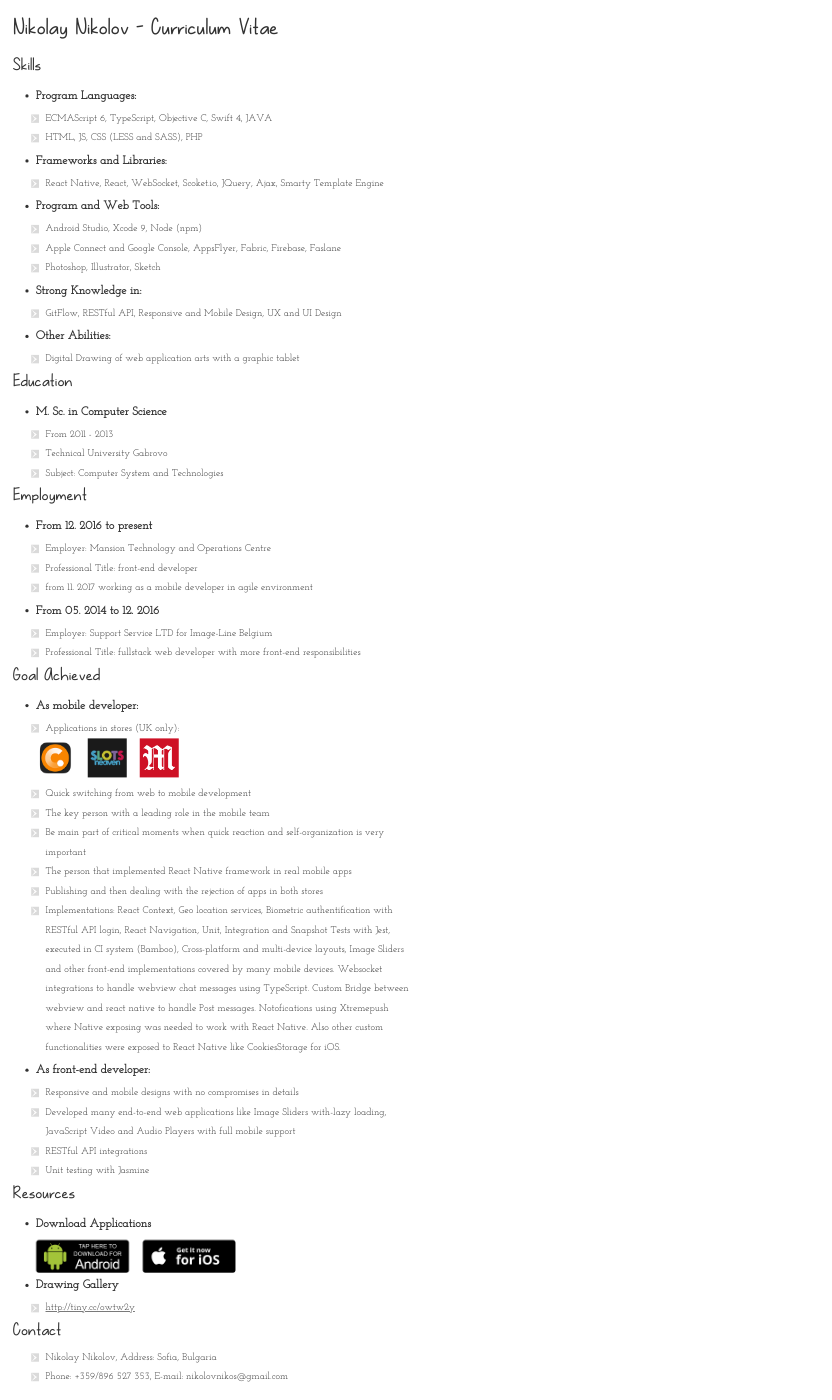
Repository: nikichanko/cv
Page: print.html
An editor plug-in stored every save of this project. The page is shown before and after the next save, followed by the edit.
The browser window is 1280 px wide. The pictures show the whole page, at 65% of full size.

Above is the page before, as saved 2019-02-03 12:03:17.

### print.html
<html>
  <head>
    <link rel="shortcut icon" type="image/png" href="img/favicon.png"/>
    <meta name="viewport" content="width=device-width, initial-scale=1">
    <link rel="stylesheet" type="text/css" href="css/styles.css">
    <link rel="stylesheet" type="text/css" href="css/print.css">
    <script src="https://ajax.googleapis.com/ajax/libs/jquery/3.3.1/jquery.min.js"></script>
    <title>Nikolay Nikolov - Curriculum Vitae - Print Version</title>
  </head>
  <body>
    <div id="content">
      <div class="cv-title">Nikolay Nikolov - Curriculum Vitae</div>
    </div>
  </body>
  <script src="js/print.js"></script>
</html>

### css/styles.css
@font-face {
  font-family: 'Just Gotta Smile';
  src: url('./fonts/JustGottaSmile.woff2') format('woff2'),
      url('./fonts/JustGottaSmile.woff') format('woff'),
      url('./fonts/JustGottaSmile.ttf') format('truetype');
  font-weight: 500;
  font-style: normal;
}

@font-face {
  font-family: 'Josefin Slab';
  src: url('./fonts/JosefinSlab.woff2') format('woff2'),
      url('./fonts/JosefinSlab.woff') format('woff'),
      url('./fonts/JosefinSlab.ttf') format('truetype');
  font-weight: normal;
  font-style: normal;
}
ul, li, ol, body {
  margin: 0;
  padding: 0;
}

html, body {
  position: relative;
  height: 100%;
}

body {
  background-color: #323232;
  width: 100%;
  font-family: 'Just Gotta Smile';
  color: #fff;
}

.wrapper {
  position: relative;
  width: 100%;
  max-width: 1000px;
  height: 800px;
  margin: 0 auto;
  background-image: url(../img/cv_bg.png);
  background-repeat: no-repeat;
  background-position: right top;
  background-size: cover;
}

.header{
  opacity: 0.5;
  font-size: 14px;
  position: absolute;
  right: 5px;
  text-align: right;
}
.menu {
  line-height: 70px;
  margin: 0 auto;
  position: absolute;
  text-align: center;
  width: 100%;
  top: 200px;
}

.item {
  font-size: 64px;
  position: relative;
  left: 50%;
  opacity: 1;
  transform: translateX(-50%) ;
  -ms-transform: translateX(-50%) ; /* IE 9 */
  -webkit-transform: translateX(-50%); /* Safari 3-8 */
  transition: opacity 0.2s ease-out;
  -webkit-touch-callout: none; /* iOS Safari */
  -webkit-user-select: none; /* Safari */
   -khtml-user-select: none; /* Konqueror HTML */
     -moz-user-select: none; /* Firefox */
      -ms-user-select: none; /* Internet Explorer/Edge */
          user-select: none; /* Non-prefixed version, currently
                                supported by Chrome and Opera */
}
.item.print {
  font-size: 30px;
  line-height: 45px;
}

.item span {
  cursor: pointer;
  position: relative;
}

.item.closed {
  opacity: 0;
  height: 0;
  visibility: hidden;
}

.content {
  font-family: 'Josefin Slab';
  padding-top: 2px;
  max-width: 600px;
  text-align: left;
  top: 50px;
  width: 56%;
  margin: 0 auto;
  line-height: 40px;
  height: 0;
  opacity: 0;
  transition: opacity 0.5s ease-in-out;
  position: relative;
  visibility: hidden;
  overflow: hidden;
}

.ul-wrapper {
  height: 450px;
  position: relative;
  overflow: hidden;
}

.content.open {
  overflow: visible;
  height: auto;
  opacity: 1;
  transition: opacity 0.5s ease-in-out;
  visibility: visible;
}
.content {
  line-height: 30px;
}
.content ul {
  padding-top: 10px;
  padding-left: 20px;
}
.content li {
  font-weight: bold;
  font-size: 20px;
  padding:5px 0;
}
.content ol {
  font-size: 18px;
  margin-left: 15px;
  position: relative;
}
.content ol:before {
  content: "";
  background-image: url(../img/arrow.png);
  background-repeat: no-repeat;
  background-size: contain;
  width: 12px;
  height: 13px;
  position: absolute;
  left: -22px;
  top: 8px;
  opacity: 0.6;
}

.item span:hover {
  color: #a4cbe6;
}

.close {
  position: absolute;
  top: -29px;
  left: -7px;
  width: 45px;
  height: 45px;
  opacity: 0.3;
}
.close:hover {
  opacity: 1;
}
.close:before, .close:after {
  position: absolute;
  left: 15px;
  content: ' ';
  height: 25px;
  width: 2px;
  background-color: #fff;
}
.close:before {
  transform: rotate(45deg);
}
.close:after {
  transform: rotate(-45deg);
}

.app-icon {
  width: 60px;
  margin-right: 15px;
}
.form-title {
  margin-top: 10px;
  font-size: 24px;
  text-align: center;
}

.swiper-all {
  width: 95%;
  height: 350px;
  position: relative;
  margin: 0 auto;
}
.swiper-container {
  width: 100%;
  height: 100%;
}
 a {
   color: white;
   text-decoration: underline;
   cursor: pointer;
 }

.swiper-slide {
  text-align: center;
  font-size: 18px;
  color: red;
  /* Center slide text vertically */
  display: -webkit-box;
  display: -ms-flexbox;
  display: -webkit-flex;
  display: flex;
  -webkit-box-pack: center;
  -ms-flex-pack: center;
  -webkit-justify-content: center;
  justify-content: center;
  -webkit-box-align: center;
  -ms-flex-align: center;
  -webkit-align-items: center;
  align-items: center;
}

.ian, .faraon, .nina {

 width: 100%;
 height: 100%;
 background-size: contain;
 background-repeat: no-repeat;
 background-position: 50% 50%;
}
.ian {
  background-image: url('../img/ian.jpg');
}
.faraon {
  background-image: url('../img/faraon.jpg');
}
.nina {
  background-image: url('../img/ninaDobrev.jpg');
}

.ios, .android {
  display: inline-block;
  width: 144px;
  height: 51px;
  background-size: cover;
  cursor: pointer;
}
.ios a, .android a {
  display: block;
  height: 100%;
  font-size: 0px;
}

.ios {
  background-image: url('../img/ios.png');
  margin-left: 15px;
}
.android {
  background-image: url('../img/android.png');
}

.link-print {
  display: none;
}

@media only screen and (max-width: 1000px) {
  .content {
    width: 90%;
  }
  .item span {
    cursor: default;
  }
}

### css/print.css
body {
  background-color: #fff;
  color: #323232
}
.content {
  margin: 0;
  top:0;
  left: 15px;
}
.close, .form-title {
  display: none;
}
.ul-wrapper{
  height: auto;
}

#content{
  padding: 20px;
}
.cv-title{
  font-size: 36px;
  margin-bottom: 20px;
}
.item {
  font-size: 28px;
}
.content ol:before {
  background-color: #c2c2c2;
}
.content ol {
  font-size: 15px;
}
.content li {
  font-size: 18px;
}

.swiper-all{
  display: none;
}

a {
  color: #323232;
}

### index.html
<!DOCTYPE html>
<html>
  <head>
    <link rel="shortcut icon" type="image/png" href="img/favicon.png"/>

    <meta name="viewport" content="width=device-width, initial-scale=1, minimum-scale=1, maximum-scale=1">
    <link rel="stylesheet" type="text/css" href="css/scroll.css">
    <script src="https://ajax.googleapis.com/ajax/libs/jquery/3.3.1/jquery.min.js"></script>
    <script src="js/scroll.js"></script>
    <link rel="stylesheet" href="css/swiper.min.css">
    <link rel="stylesheet" type="text/css" href="css/styles.css">
    <title>Nikolay Nikolov - Curriculum Vitae</title>
  </head>
  <body>
    <div class="wrapper">
      <div class="header">Curriculum Vitae of Nikolay Nikolov<br/>&copy; Copyright 2019. All Rights Reserved</div>
      <div class="menu">
        <div class="item">
          <span>Skills</span>
        </div>
        <div class="content">
          <i class="close"></i>
          <div class="ul-wrapper" id="scroll-3">
            <ul>
              <li>Program Languages:</li>
              <ol>ECMAScript 6, TypeScript, Objective C, Swift 4, JAVA</ol>
              <ol>HTML, JS, CSS (LESS and SASS), PHP</ol>
              <li>Frameworks and Libraries:</li>
              <ol>React Native, React, WebSocket, Scoket.io, JQuery, Ajax, Smarty Template Engine</ol>
              <li>Program and Web Tools:</li>
              <ol>Android Studio, Xcode 9, Node (npm)</ol>
              <ol>Apple Connect and Google Console, AppsFlyer, Fabric, Firebase, Faslane</ol>
              <ol>Photoshop, Illustrator, Sketch</ol>
              <li>Strong Knowledge in:</li>
              <ol>GitFlow, RESTful API, Responsive and Mobile Design, UX and UI Design</ol>
              <li>Other Abilities:</li>
              <ol>Digital Drawing of web application arts with a graphic tablet</ol>
            </ul>
           </div>
        </div>
        <div class="item">
          <span>Education</span>
        </div>
        <div class="content">
            <i class="close"></i>
            <ul>
              <li>M. Sc. in Computer Science</li>
              <ol>From 2011 - 2013</ol>
              <ol>Technical University Gabrovo</ol>
              <ol>Subject: Computer System and Technologies</ol>
            </ul>
        </div>
        <div class="item">
          <span>Employment</span>
        </div>
        <div class="content">
            <i class="close"></i>
            <div class="ul-wrapper" id="scroll-2">
              <ul>
                <li>From 12. 2016 to present</li>
                <ol>Employer: Mansion Technology and Operations Centre</ol>
                <ol>Professional Title: front-end developer</ol>
                <ol>from 11. 2017 working as a mobile developer in agile environment</ol>
                <li>From 05. 2014 to 12. 2016</li>
                <ol>Employer: Support Service LTD for Image-Line Belgium</ol>
                <ol>Professional Title: fullstack web developer with more front-end responsibilities</ol>
              </ul>
            </div>
        </div>
        <div class="item">
          <span>Goal Achieved</span>
        </div>
        <div class="content">
          <i class="close"></i>
          <div class="ul-wrapper" id="scroll-1">
            <ul>
              <li>As mobile developer:</li>
              <ol>Applications in stores (UK only):</ol>

                <a href=""><img src="img/casino.png" title="CasinoSlots" class="app-icon"  /></a>
                <a href=""><img src="img/sh.png" title="Slostheaven" class="app-icon" /></a>
                <a href=""><img src="img/mc.png" title="MansionCasino" class="app-icon" /></a>

              <ol>Quick switching from web to mobile development</ol>
              <ol>The key person with a leading role in the mobile team</ol>
              <ol>Be main part of critical moments when quick reaction and self-organization is very important</ol>
              <ol>The person that implemented React Native framework in real mobile apps</ol>
              <ol>Publishing and then dealing with the rejection of apps in both stores</ol>
              <ol>Implementations: React Context, Geo location services, Biometric authentification with RESTful API
                login, React Navigation, Unit, Integration and Snapshot
                Tests with Jest, executed in CI system (Bamboo), Cross-platform and multi-device layouts,
                Image Sliders and other front-end implementations covered by many mobile devices.
                Websocket integrations to handle webview chat messages using TypeScript. Custom Bridge between webview and react native to handle Post messages.
                Notofications using Xtremepush where Native exposing was needed to work with React Native.
                Also other custom functionalities were exposed to React Native like CookiesStorage for iOS.</ol>
              <li>As front-end developer:</li>
              <ol>Responsive and mobile designs with no compromises in details</ol>
              <ol>Developed many end-to-end web applications like Image Sliders with-lazy loading,
                JavaScript Video and Audio Players with full mobile support</ol>
              <ol>RESTful API integrations</ol>
              <ol>Unit testing with Jasmine</ol>
            </ul>
          </div>
        </div>
        <div class="item resources">
          <span>Resources</span>
        </div>
        <div class="content">
            <i class="close"></i>
            <div class="ul-wrapper" id="scroll-4">
              <ul>
                <li>Download Applications</li>
                  <span class="android"><a href="http://tiny.cc/owtw2y" target="_blank" title="Casino Blackjack.ipa">http://tiny.cc/owtw2y</a></span>
                  <span class="ios"><a href="http://tiny.cc/owtw2y" target="_blank" title="Casino Blackjack.apk">http://tiny.cc/owtw2y</a></span>
                  <div class="link-print">http://tiny.cc/owtw2y</div>
                  <div class="link-print">http://tiny.cc/owtw2y</div>
                <li>Drawing Gallery</li>
                <ol><a href="http://tiny.cc/owtw2y" target="_blank">http://tiny.cc/owtw2y</a></ol>
                <div class="swiper-all">
                <div class="swiper-container">
                  <div class="swiper-wrapper">
                    <div class="swiper-slide"><div class="faraon"></div></div>
                    <div class="swiper-slide"><div class="ian"></div></div>
                    <div class="swiper-slide"><div class="nina"></div></div>
                  </div>
                  <div class="swiper-button-next"></div>
                  <div class="swiper-button-prev"></div>
                </div>
                </div>
              </ul>
            </div>
        </div>
        <div class="item">
          <span>Contact</span>
        </div>
        <div class="content">
            <i class="close"></i>
              <ul>
                <ol>Nikolay Nikolov, Address: Sofia, Bulgaria</ol>
                <ol>Phone: +359/896 527 353, E-mail: nikolovnikos@gmail.com</ol>
                <div class="form-title">Contact form</div>
                <script type="text/javascript" src="https://form.jotformeu.com/jsform/82187298762370"></script>
              </ul>
        </div>
        <div class="item print">
          <span>Print Version</span>
        </div>
      </div>
    </div>
    <script src="js/swiper.min.js"></script>
    <script src="js/common.js"></script>
  </body>
</html>

Loaded but not shown: js/print.js (library)

After the next save:
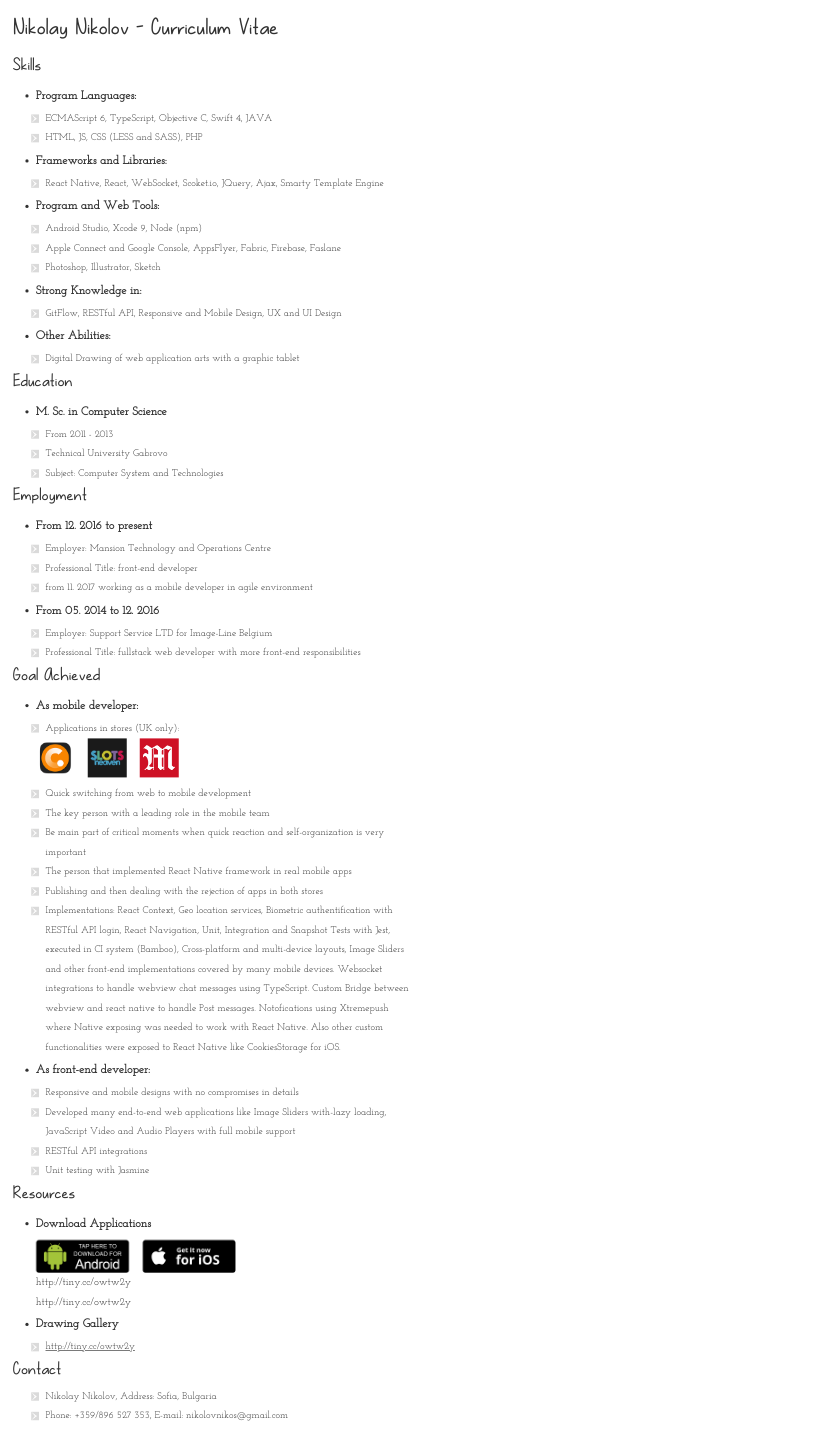
Saved 38 s later.
--- a/css/print.css
+++ b/css/print.css
@@ -41,3 +41,6 @@ body {
 a {
   color: #323232;
 }
+.link-print {
+  display: block;
+}
